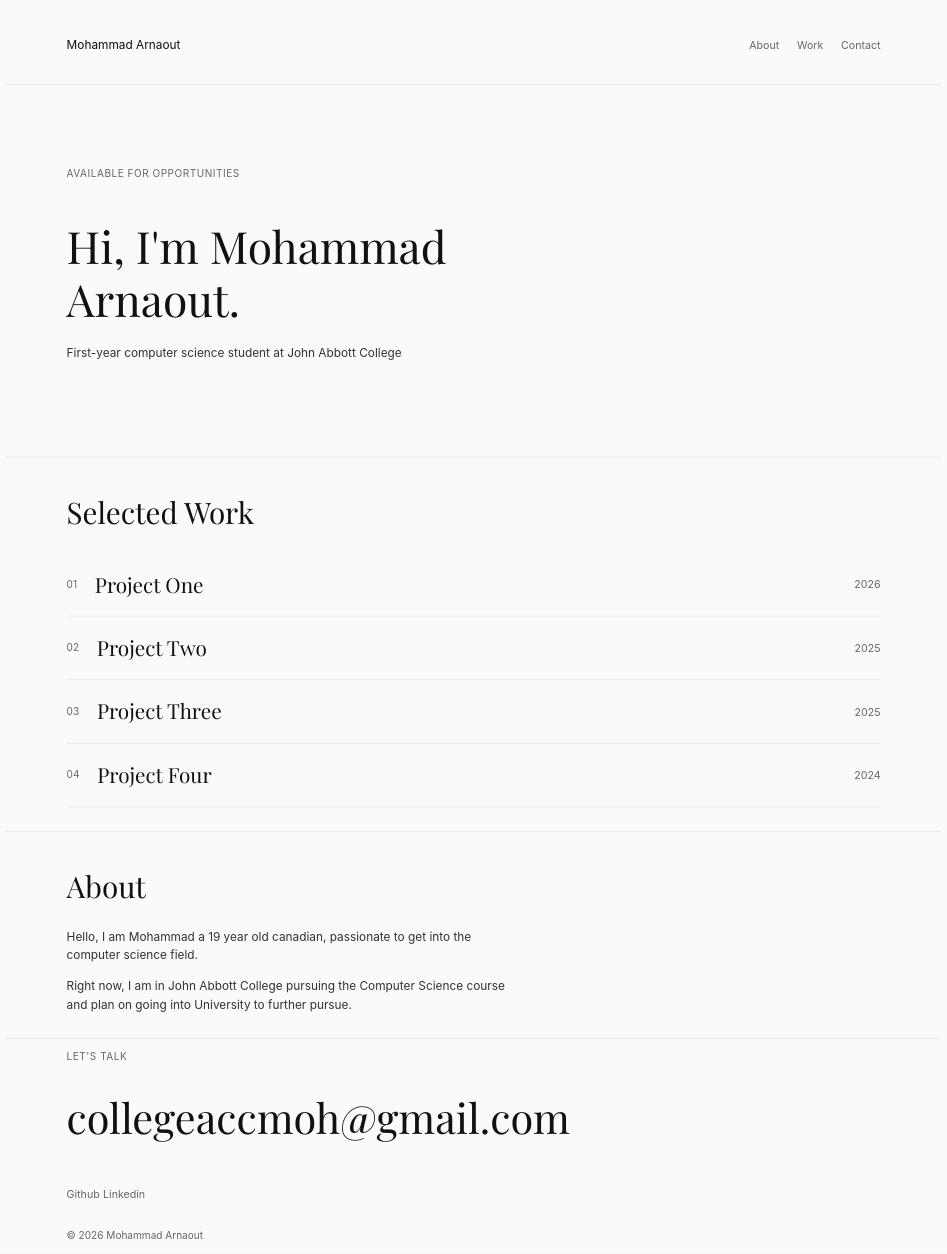
Repository: Moh-Arna/Moh-Arna
Page: index.html
These files come from the project's save history. The page is drawn as it stood at one moment and after the next save; the edit follows.
The browser window is 1280 px wide. The pictures show the whole page, at 74% of full size.
Some web fonts or font styles are not loaded; a fallback is used.

Above is the page before, as saved 2026-05-06 09:30:38.

After the next save:
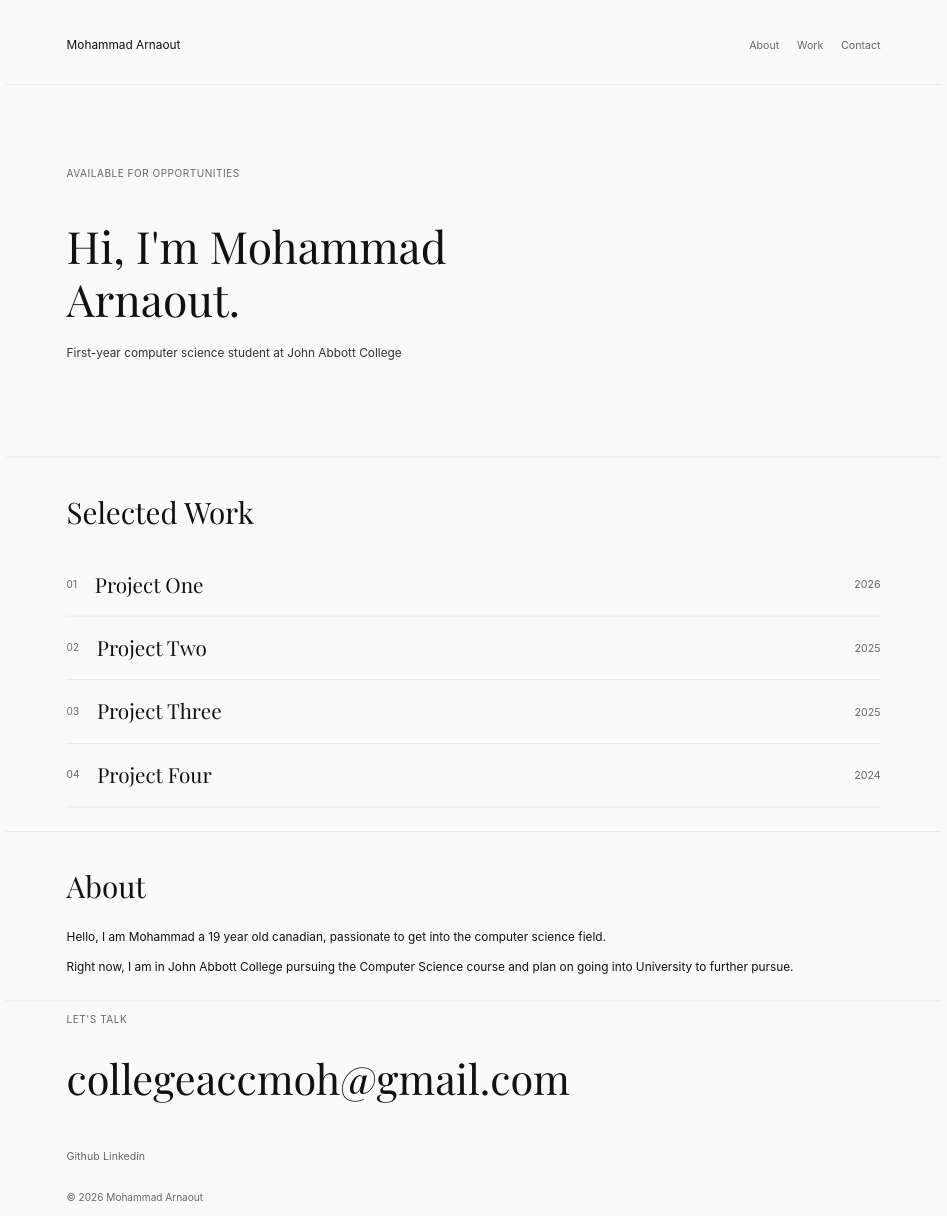
Saved 15 s later.
--- a/index.html
+++ b/index.html
@@ -22,15 +22,15 @@
             <ul class="nav">
 
                 <li>
-                    <a href=".about">About</a>
+                    <a href="#about">About</a>
                 </li>
 
                 <li>
-                    <a href=".work">Work</a>
+                    <a href="#work">Work</a>
                 </li>
 
                 <li>
-                    <a href=".contact">Contact</a>
+                    <a href="#contact">Contact</a>
                 </li>
 
             </ul>
@@ -53,7 +53,7 @@
 
     </section>
 
-    <section class="work" id="work">
+    <section id="work">
 
       <div class="container">
 
@@ -99,7 +99,7 @@
 
     </section>
 
-    <section class="about" id="about">
+    <section id="about">
 
         <div class="container">
 
@@ -122,7 +122,7 @@
 
 </body>
 
-<footer class="footer" id="contact">
+<footer id="contact">
 
     <div class="container">
 
